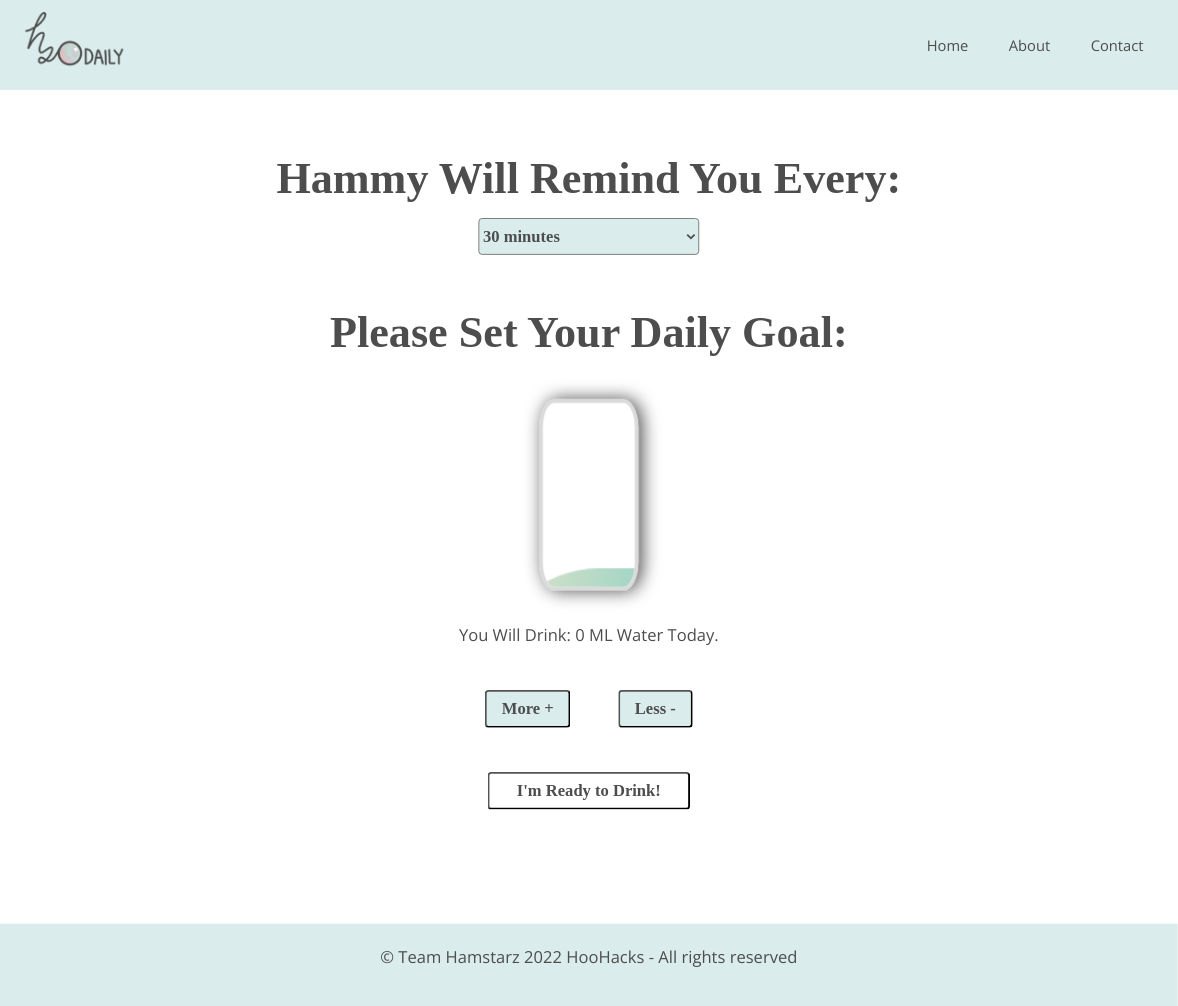
Repository: jennyjjung/H2ODaily
Page: settings.html
The author's editor kept a copy of each file at every save. The page is drawn from the files as they stood at one save, then again after the next save.
The browser window is 1280 px wide. The pictures show the whole page, at 92% of full size.
Some web fonts or font styles are not loaded; a fallback is used.

Above is the page before, as saved 2022-03-27 08:09:19.
Console error: TypeError: Cannot read properties of null (reading 'addEventListener')

### settings.html
<!DOCTYPE html>
<html lang="en">
  <head>
    <meta charset="UTF-8" />
    <meta http-equiv="X-UA-Compatible" content="IE=edge" />
    <meta name="viewport" content="width=device-width, initial-scale=1.0" />
    <title>Settings</title>
    <link
      href="https://fonts.googleapis.com/css?family=Unica One"
      rel="stylesheet"
    />
    <link
      href="https://fonts.googleapis.com/css2?family=Open+Sans:wght@400;600;700&display=swap"
      rel="stylesheet"
    />
    <link rel="stylesheet" href="style.css" />
    <script src="main.js" defer></script>

    <!-- CSS Style for Settings Page-->
    <style>
      .home__container {
        display: grid;
        grid-template-columns: 1fr;
        grid-template-rows: 1fr 1fr;
        row-gap: 20px;
      }

      .settings__title {
        font-family: "Unica One";
        color: var(--color-dark-grey);
      }
      .cup {
        margin: auto;
        width: 50px;
        height: 100px;
        border: 2px solid rgb(219, 218, 218);
        border-radius: 15%;
        position: relative;
        box-shadow: 2px 0px 10px var(--color-dark-grey);
        overflow: hidden;
        transform: scale(2);
      }

      .water {
        width: 180px;
        height: 180px;
        position: absolute;
        left: -50%;
        bottom: -190px;
        border-radius: 35%;
        transition: all 1.4 linear;
        animation: waterwave 2.5s linear infinite;
      }

      .lightcolor {
        background: linear-gradient(to right, #e2e4c9, rgb(79, 195, 195));
      }

      @keyframes waterwave {
        0% {
          transform: rotate(0);
          border-radius: 30%;
          bottom: -170px;
        }
        45% {
          border-radius: 39%;
        }
        100% {
          transform: rotate(360deg);
          border-radius: 30%;
          bottom: -80px;
        }
      }

      #cup {
        width: 50px;
        height: 80px;
        padding-block: 20px;
        padding-right: 2rem;
      }

      select {
        width: 20%;
        margin: auto;
        height: 40px;
        font-weight: bold;
        color: var(--color-dark-grey);
        background-color: var(--color-blue);
        font-size: var(--font-regular);
        font-weight: var(--weight-bold);
        font-family: "Unica One";
        border-radius: var(--size-border-radius);
      }

      .btn__ready {
        color: var(--color-dark-grey);
        background-color: var(--color-white);
        font-size: var(--font-regular);
        font-weight: var(--weight-bold);
        font-family: "Unica One";
        margin: 24px;
        padding: 8px 16px;
        border-radius: var(--size-border-radius);
        width: 220px;
      }

      .btn__ready:hover {
        color: var(--color-blue);
        background-color: var(--color-dark-grey);
      }
    </style>
  </head>
  <body>
    <nav id="navbar">
      <div class="navbar__logo">
        <a href="index.html"><img src="images/logo.png" id="navbar__logo" /></a>
      </div>
      <div class="navbar__menu">
        <li class="navbar__menu__item"><a href="index.html">Home</a></li>
        <li class="navbar__menu__item"><a href="about.html">About</a></li>
        <li class="navbar__menu__item"><a href="contact.html">Contact</a></li>
      </div>
    </nav>

    <section id="home">
      <div class="home__container">
        <div class="time__container">
          <h1 class="settings__title">Hammy Will Remind You Every:</h1>
          <div class="time">
            <select class="dd__list" id="dd__list">
              <option
                value="
                1800000"
              >
                30 minutes
              </option>
              <option value="3600000">60 minutes</option>
              <option value="7200000">120 minutes</option>
              <option>None</option>
            </select>
          </div>
        </div>

        <div class="water__container">
          <h1 class="settings__title">Please Set Your Daily Goal:</h1>
        </div>
        <br />
        <div class="cup">
          <div class="water lightcolor"></div>
        </div>
        <br />
        <br />
        <div id="water">
          <p>You Will Drink: <a id="clicks">0</a> ML Water Today.</p>
        </div>
        <div class="settings__button">
          <button class="btn__home" type="button" onclick="more()">
            More +
          </button>
          <button class="btn__home" type="button" onclick="less()">
            Less -
          </button>
        </div>
      </div>

      <div class="ready__button">
        <button class="btn__ready">
          <a href="remider.html">I'm Ready to Drink!</a>
        </button>
      </div>
    </section>

    <section id="bottom">
      <div class="bottom__container">
        <p class="bottom__rights">
          &copy; Team Hamstarz 2022 HooHacks - All rights reserved
        </p>
      </div>
    </section>
  </body>
</html>

### style.css
/* Global */
:root {
  /* Color */
  --color-white: #ffffff;
  --color-dark-grey: #4d4d4d;
  --color-blue: #daedec;
  --color-dark-blue: #b9d8d6;
  --color-yellow: rgb(241, 247, 208);

  /* Font weight */
  --weight-bold: 700;
  --weight-semi-bold: 600;
  --weight-regular: 400;

  /* Font Size */
  --font-large: 48px;
  --font-medium: 28px;
  --font-regular: 18px;
  --font-small: 16px;
  --font-micro: 14px;

  /* Size */
  --size-border-radius: 4px;
}

body {
  margin: 0;
  font-family: "Open Sans";
  cursor: default;
  text-align: center;
}

h1 {
  font-size: var(--font-large);
  font-weight: var(--weight-bold);
  color: var(--color-dark-grey);
  font-family: "Unica One";
  margin: 16px 0px;
}

p {
  font-size: var(--font-regular);
  font-weight: var(--weight-regular);
  color: var(--color-dark-grey);
  margin: 4px 0;
}

li {
  list-style: none;
}

a {
  text-decoration: none;
  color: var(--color-dark-grey);
}

/* Navbar */
#navbar {
  position: fixed;
  display: flex;
  justify-content: space-between;
  width: 100%;
  background-color: var(--color-blue);
  padding: 10px;
  align-items: center;
}

.navbar__menu {
  display: flex;
  margin-right: 25px;
}

.navbar__logo {
  font-size: var(--font-medium);
  font-weight: var(--weight-semi-bold);
  justify-content: center;
}

#nevbar__logo {
  width: 80px;
  padding-left: 20px;
  padding-top: 10px;
}

.navbar__menu__item {
  padding: 8px 12px;
  margin: 0 10px;
  cursor: pointer;
  border-radius: var(--size-border-radius);
}

.navbar__menu__item:hover {
  background-color: var(--color-dark-blue);
}

/* Home */
#home,
#contact,
#about {
  padding: 150px 40px 100px 40px;
}

.home__title {
  color: var(--color-dark-grey);
}

.home__content {
  width: 80%;
}

.home__container {
  display: flex;
  flex-direction: column;
  align-items: center;
  justify-content: center;
}

.home__logo {
  width: 300px;
  height: 300px;
  margin: 20px;
  margin-bottom: 0;
}

.btn__home,
input[type="submit"] {
  color: var(--color-dark-grey);
  background-color: var(--color-blue);
  font-size: var(--font-regular);
  font-weight: var(--weight-bold);
  font-family: "Unica One";
  margin: 24px;
  padding: 8px 16px;
  border-radius: var(--size-border-radius);
}

.btn__home:hover,
input[type="submit"]:hover {
  background-color: var(--color-dark-blue);
}

#bottom {
  background-color: var(--color-blue);
  padding: 20px;
  text-align: center;
  height: 50px;
}

/* About */
.about__content,
.contact__content {
  width: 70%;
  text-align: center;
  margin: 50px auto;
}

.about__content {
  display: flex;
}

#hamstarz {
  width: 250px;
}

#about__hamstarz {
  text-align: left;
}

#about__hamstarz::first-letter {
  font-size: var(--font-medium);
}

/* Contact */
form {
  width: 500px;
  margin: auto;
  margin-top: 50px;
}
.row {
  display: flex;
  justify-content: space-between;
  margin-top: 10px;
}

input[type="text"],
input[type="email"],
textarea {
  width: 100%;
  padding: 7px;
  border-radius: 3px;
  border: 1px solid rgb(207, 207, 207);
}

textarea {
  height: 100px;
}

.table__label {
  width: 30%;
  text-align: left;
  line-height: 150%;
}

.table__input {
  width: 70%;
}

### main.js
//setting.html
let counter = 0;
let add = (function () {
    return function () {
        if (counter < 10) {
            return (counter += 1);
        }
        return 10;
    };
})();

function more() {
    document.getElementById("clicks").innerHTML = add() * 250;
    loadImg();
}

let minus = (function () {
    return function () {
        if (counter != 0) {
            return (counter -= 1);
        }
        return 0;
    };
})();

function less() {
    document.getElementById("clicks").innerHTML = minus() * 250;
    removeImg();
}

let imageDiv = document.getElementById("water");
let moreBtn = document.getElementById("more");
var waterCount = 0;

function loadImg() {
    if (waterCount < 11) {
        waterCount++;
        let waterImage = document.createElement("IMG");
        waterImage.src = "images/watercup.png";
        waterImage.setAttribute("width", "100px");
        waterImage.setAttribute("height", "100px");
        waterImage.setAttribute("id", "water" + waterCount);
        imageDiv.appendChild(waterImage);
        localStorage.setItem("waterCount", waterCount);
        getDropDownValue();
    }

}

function removeImg() {
    let waterImage = document.getElementById("water" + waterCount);
    imageDiv.removeChild(waterImage);
    waterCount--;
    localStorage.setItem("waterCount", waterCount);
    getDropDownValue();
}


function getDropDownValue() {
    let dropdown = document.getElementById("dd__list");
    var timeHello = dropdown.options[dropdown.selectedIndex].value;
    localStorage.setItem("time", timeHello);
}

//reminder.html
document.addEventListener("DOMContentLoaded", applyImg);
document.addEventListener("DOMContentLoaded", addCheckBox);

let submit = document.getElementById("submit");
let reminderDiv = document.getElementById("reminder__container");
let checkBoxDiv = document.getElementById("checkmark__container");
var wCount = localStorage.getItem("waterCount");
var timeCount = localStorage.getItem("time");


function applyImg() {

    for (let i = 0; i < wCount; i++) {
        let waterImage = document.createElement("IMG");
        waterImage.src = "images/watercup.png";
        waterImage.setAttribute("width", "100px");
        waterImage.setAttribute("height", "100px");
        waterImage.setAttribute("id", "water" + i);
        reminderDiv.appendChild(waterImage);
    }
}

function addCheckBox() {
    for(let i = 0; i < wCount; i++) {
        let checkBox = document.createElement("INPUT");
        checkBox.setAttribute("type", "checkbox");
        checkBox.setAttribute("id", "checkBox" + i);
        checkBox.style.margin = "10px 45px 10px 45px";
        checkBoxDiv.appendChild(checkBox);
    }
}

function drinkWater() {
    for(let i = 0; i < wCount; i++) {
        let eachWaterCup = document.getElementById("water" + i);
        let eachCheckBox = document.getElementById("checkBox" + i);

        if(eachCheckBox.checked) {
            eachWaterCup.src = "images/emptycup.png";
            eachCheckBox.style.visibility = "hidden";
        }
    }
 }

submit.addEventListener("click", drinkWater);

//Modal

let modal = document.getElementById("modal__container");
const close = document.getElementById('okay__btn');

const timer = setInterval(function() {
    modal.classList.add("show");
    }, timeCount);


function closeModel() {
    modal.classList.remove("show");
}

close.addEventListener("click", closeModel);

After the next save:
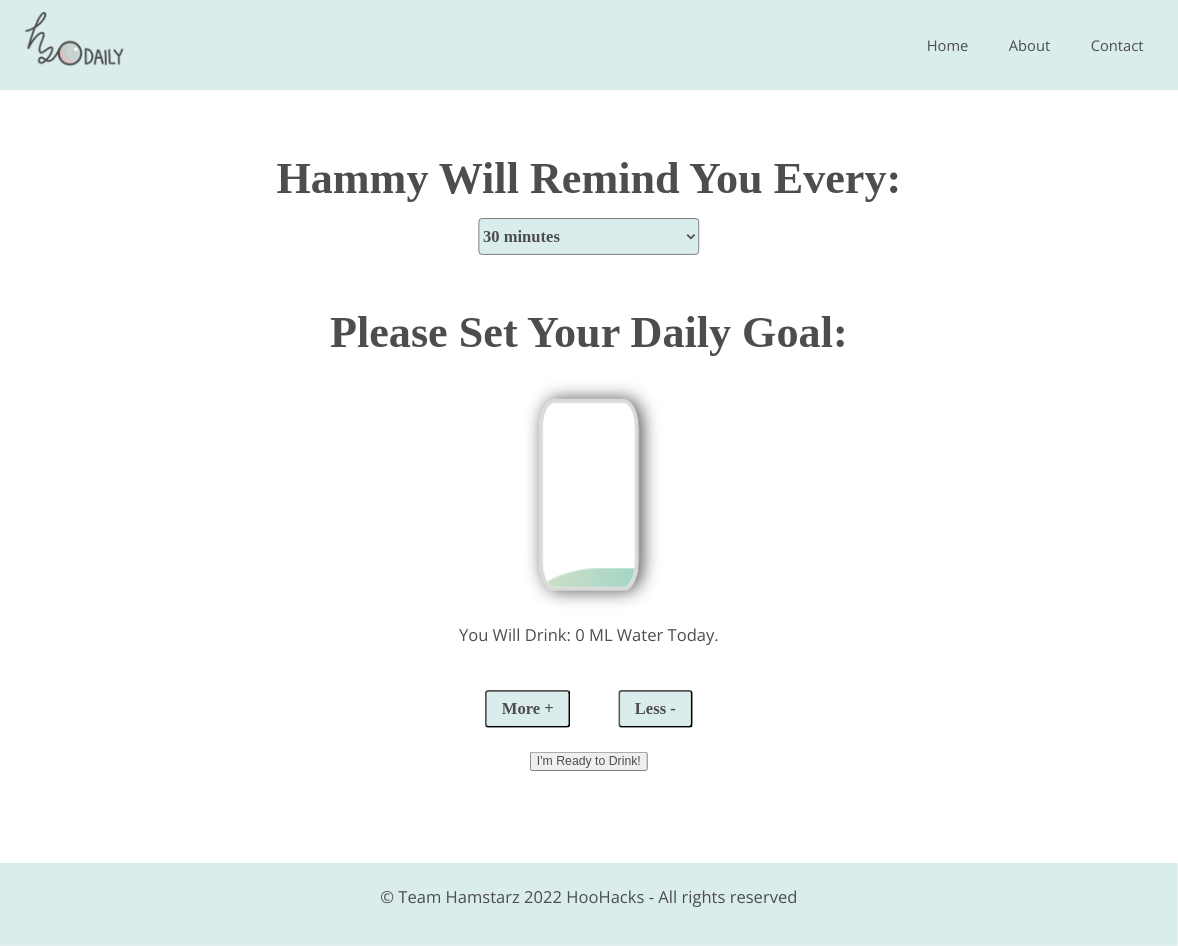
Saved 91 s later.
--- a/settings.html
+++ b/settings.html
@@ -164,7 +164,7 @@
       </div>
 
       <div class="ready__button">
-        <button class="btn__ready">
+        <button id="btn__ready">
           <a href="remider.html">I'm Ready to Drink!</a>
         </button>
       </div>

After the save that followed:
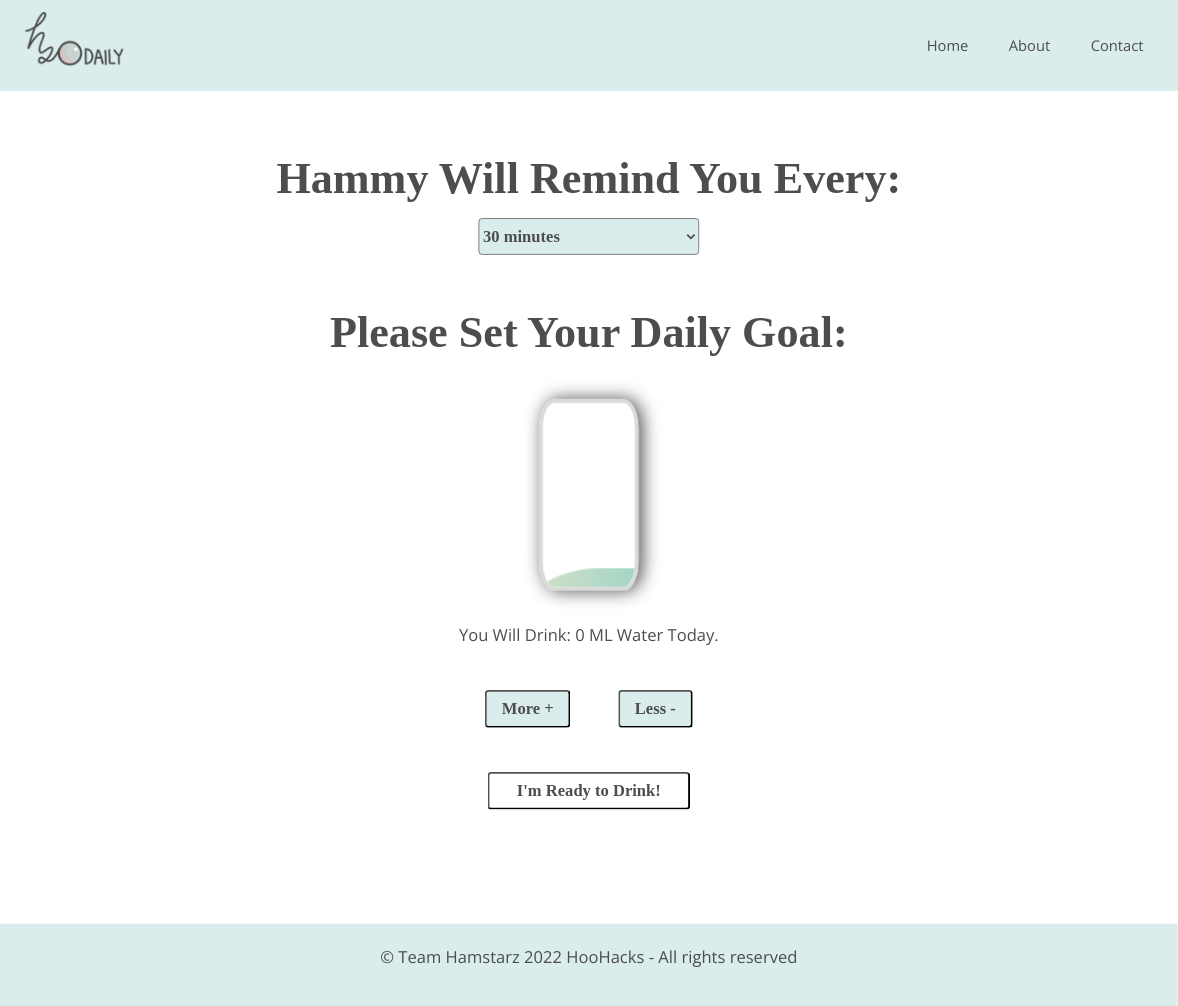
Saved 13 s later.
--- a/settings.html
+++ b/settings.html
@@ -92,7 +92,7 @@
         border-radius: var(--size-border-radius);
       }
 
-      .btn__ready {
+      #btn__ready {
         color: var(--color-dark-grey);
         background-color: var(--color-white);
         font-size: var(--font-regular);
@@ -104,7 +104,7 @@
         width: 220px;
       }
 
-      .btn__ready:hover {
+      #btn__ready:hover {
         color: var(--color-blue);
         background-color: var(--color-dark-grey);
       }
